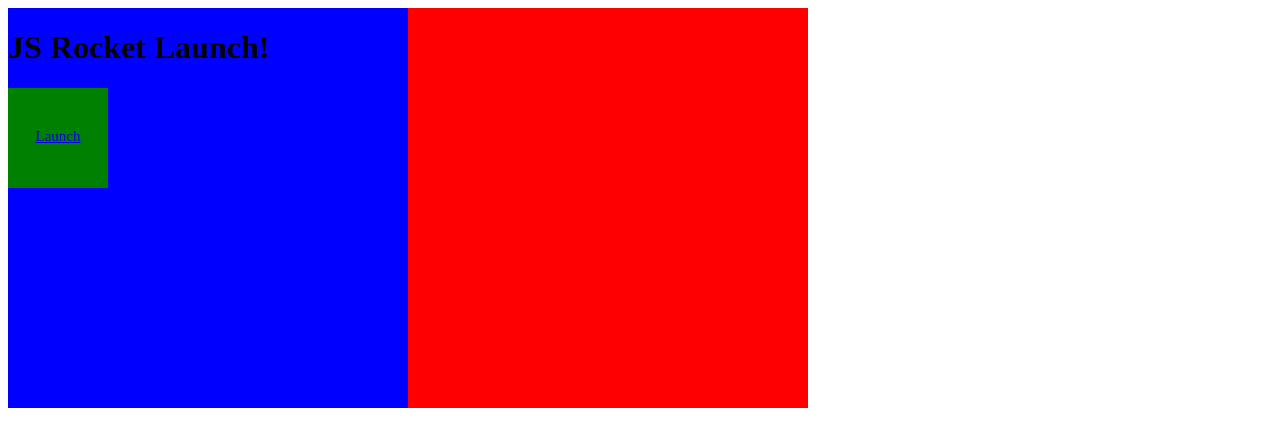
Repository: alcarrizo/Rocket-launch
Page: index.html
These files come from the project's save history. The page is drawn as it stood at one moment and after the next save; the edit follows.
The browser window is 1280 px wide. The pictures show the whole page.

Above is the page before, as saved 2022-10-19 19:37:13.

### index.html
<!DOCTYPE html>
<html lang="en">
<head>
    <meta charset="UTF-8">
    <meta http-equiv="X-UA-Compatible" content="IE=edge">
    <meta name="viewport" content="width=device-width, initial-scale=1.0">
    <title>Rocket Launch sequence</title>
    <script type="text/javascript" src="js/script.js"> </script>
    <link rel="stylesheet" href="css/style.css">
</head>
<body>
    <div class="left">
        <div class="state1">
            <h1>JS Rocket Launch!</h1>
            <a href="#" class="button" onclick="startCountDown();">Launch</a>
        </div>
    </div>

    <div class="right">
        <div class="rocket"></div>
    </div>
</body>
</html>

### js/script.js
var car = {
    make: 'VW',
    type: 'Polo',
    color: 'blue',
    isTurnedOn: false,
    numOfWheels: 4,
    seats: [
        'seat1',
        'seat2',
        'seat3',
        'seat4'
    ],
    turnOn: function () {
        this.isTurnedOn = true;
    },
    turnOff: function () {
        this.isTurnedOn = false;
    },
    fly: function () {
        alert('fly');
    },
    switchCar: function (isOn) {
        console.log('turn car ' + isOn)
        if (isOn == true) {
            this.isTurnedOn = true;
        }
        else {
            this.isTurnedOn = false;
        }
    }

};

console.log('hello there friends!');

// this function gets the id of the cool div and swaps it's classname
// between 'cool' and 'cool red' to make it swap between a bacground of
// green and red
var doCoolStuff = function () {
    coolDiv = document.getElementById('cool');
    if (coolDiv.className == 'cool') {
        coolDiv.className = 'cool red'
    }
    else {
        coolDiv.className = 'cool'
    }

}

### css/style.css
body {
    display: flex;
}

.left {
    box-sizing: border-box;
    width: 400px;
    height: 400px;
    background-color: blue;
}

.right {
    box-sizing: border-box;
    width: 400px;
    height: 400px;
    background-color: red;
}

a.button {
    display: block;
    box-sizing: border-box;
    text-align: center;
    padding-top: 40px;
    height: 100px;
    width: 100px;
    font-size: 15px;
    background-color: green;

}

After the next save:
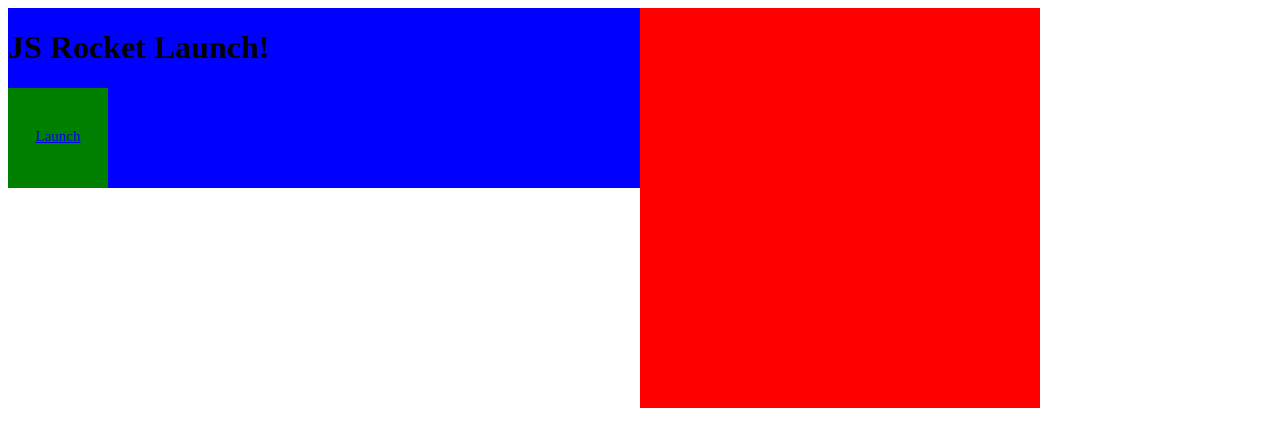
Saved 42 s later.
--- a/css/style.css
+++ b/css/style.css
@@ -4,8 +4,8 @@ body {
 
 .left {
     box-sizing: border-box;
-    width: 400px;
-    height: 400px;
+    width: 50%;
+    height: 100%;
     background-color: blue;
 }
 
